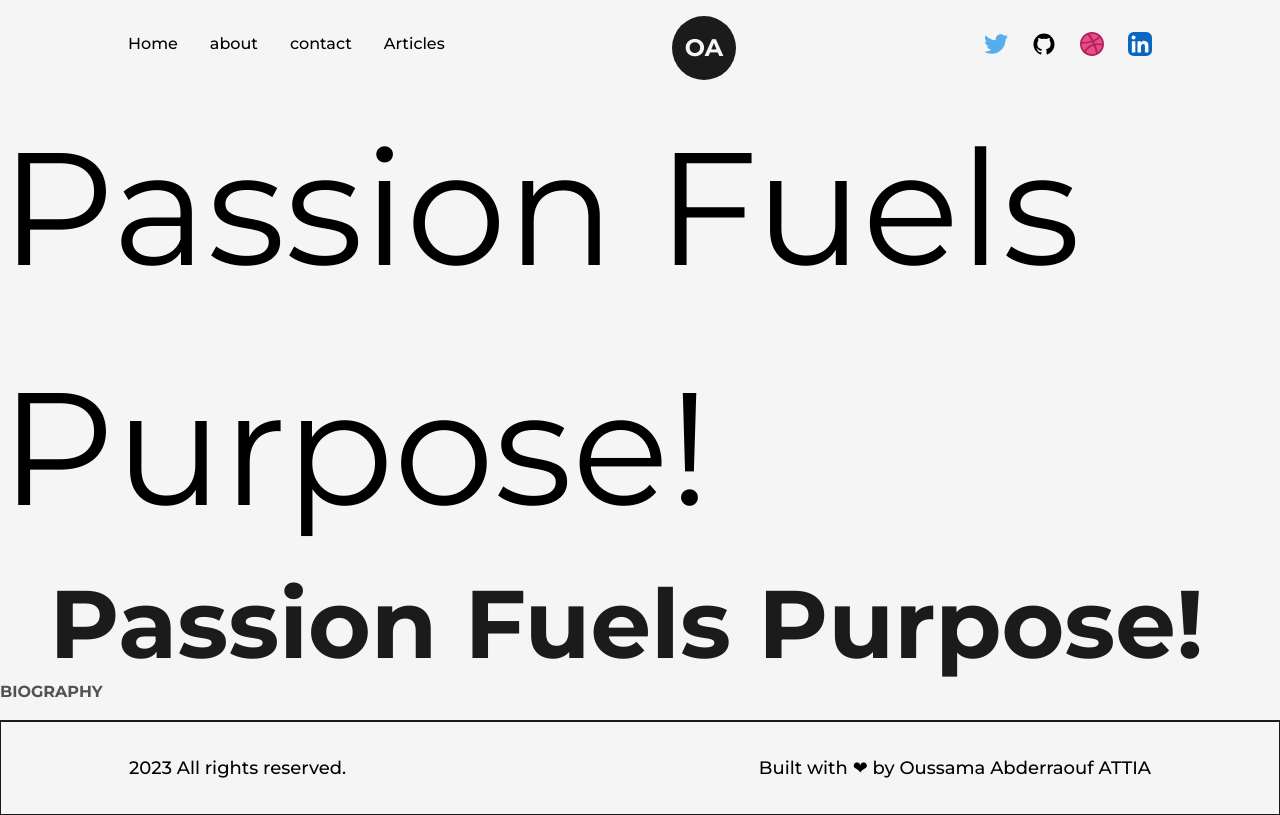
Repository: OussamaAbderraoufAttia/Next.js-Developer-Portfolio
Page: /About
These files come from the project's save history. The page is drawn as it stood at one moment and after the next save; the edit follows.
The browser window is 1280 px wide. The pictures show the whole page.
The project was rebuilt for these pictures with package versions that can differ from the ones it lists, and the page was loaded fresh each time. The framework's server and built-in components were replaced by stand-ins that run in the browser. Also part of the build but not shown: next.config.js.

Above is the page before, as saved 2023-06-27 16:43:48.

After the next save:
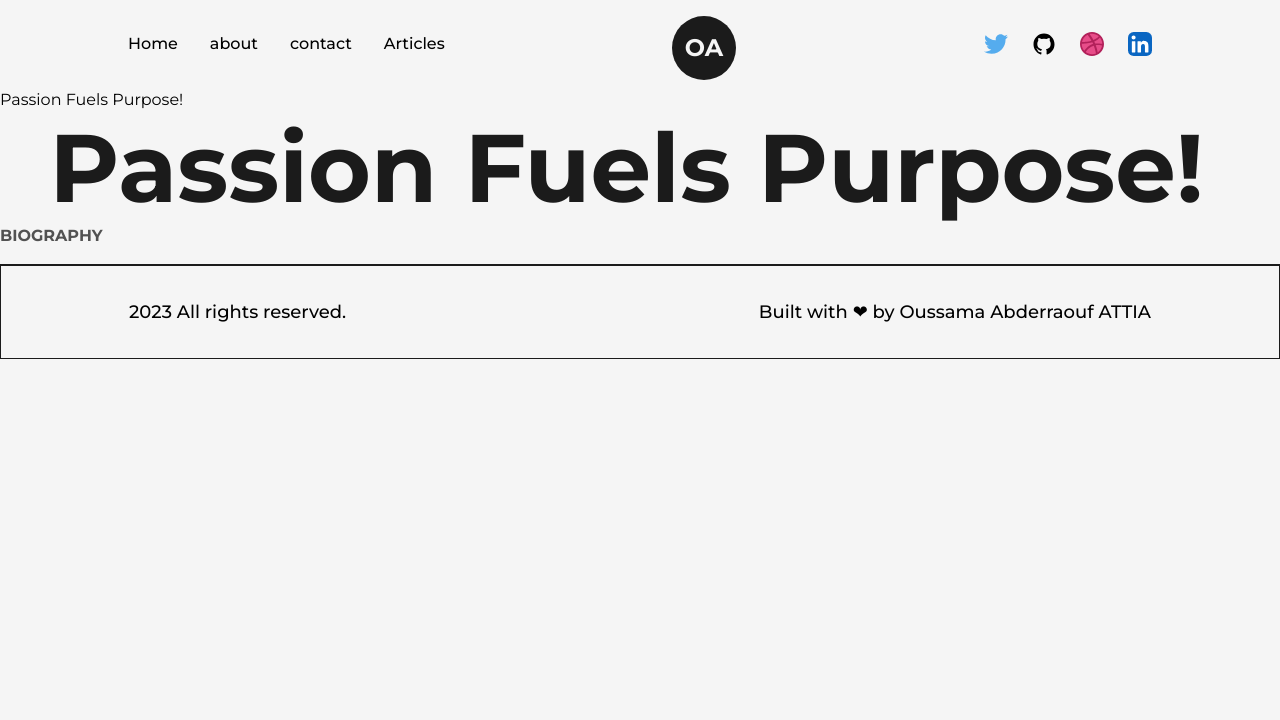
Saved 9 s later.
--- a/src/pages/About.js
+++ b/src/pages/About.js
@@ -13,7 +13,7 @@
         <main className='flex w-full flex-col item-center justify-center'>
             <Layout className='pt-16'>
                 <h1 style={{
-                    fontSize: '10rem',
+                    fontSize: '16px',
                 }}>
                     Passion Fuels Purpose!
                 </h1>
